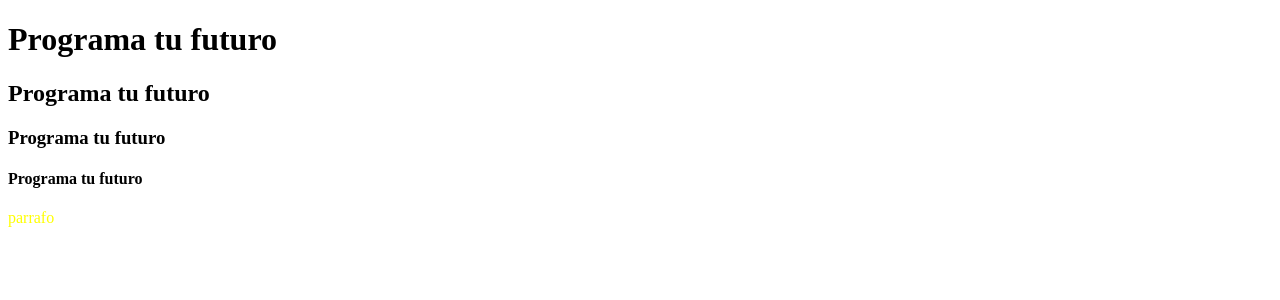
Repository: keanzato/Workspace
Page: login-web-app/src/main/webapp/index.html
The author's editor kept a copy of each file at every save. The page is drawn from the files as they stood at one save, then again after the next save.
The browser window is 1280 px wide. The pictures show the whole page.

Above is the page before, as saved 2016-06-20 16:28:25.

### login-web-app/src/main/webapp/index.html
<!DOCTYPE html>
<html>
	<head>
		<meta charset="ISO-8859-1">
		<title>Pagina inicial</title>
	</head>

	<body>

		<h1>Programa tu futuro</h1>
		<h2>Programa tu futuro</h2>
		<h3>Programa tu futuro</h3>
		<h4>Programa tu futuro</h4>

		<p style="color: yellow;">parrafo</p>
	</body>
</html>

After the next save:
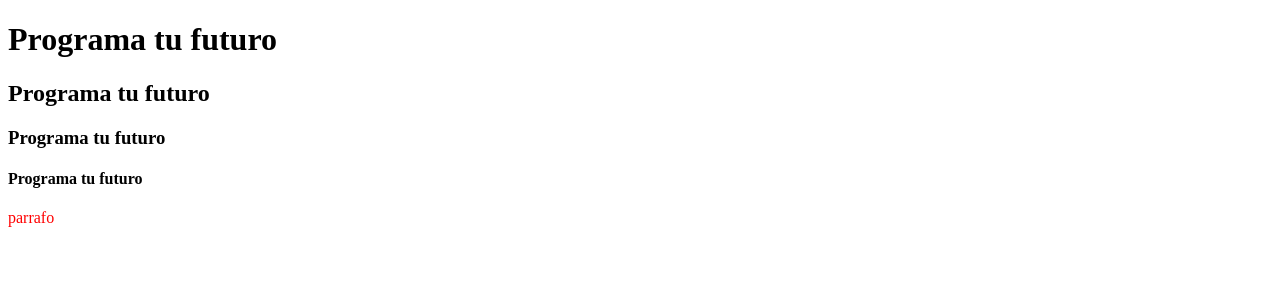
Saved 20 s later.
--- a/login-web-app/src/main/webapp/index.html
+++ b/login-web-app/src/main/webapp/index.html
@@ -12,6 +12,6 @@
 		<h3>Programa tu futuro</h3>
 		<h4>Programa tu futuro</h4>
 
-		<p style="color: yellow;">parrafo</p>
+		<p style="color: red;">parrafo</p>
 	</body>
 </html>
